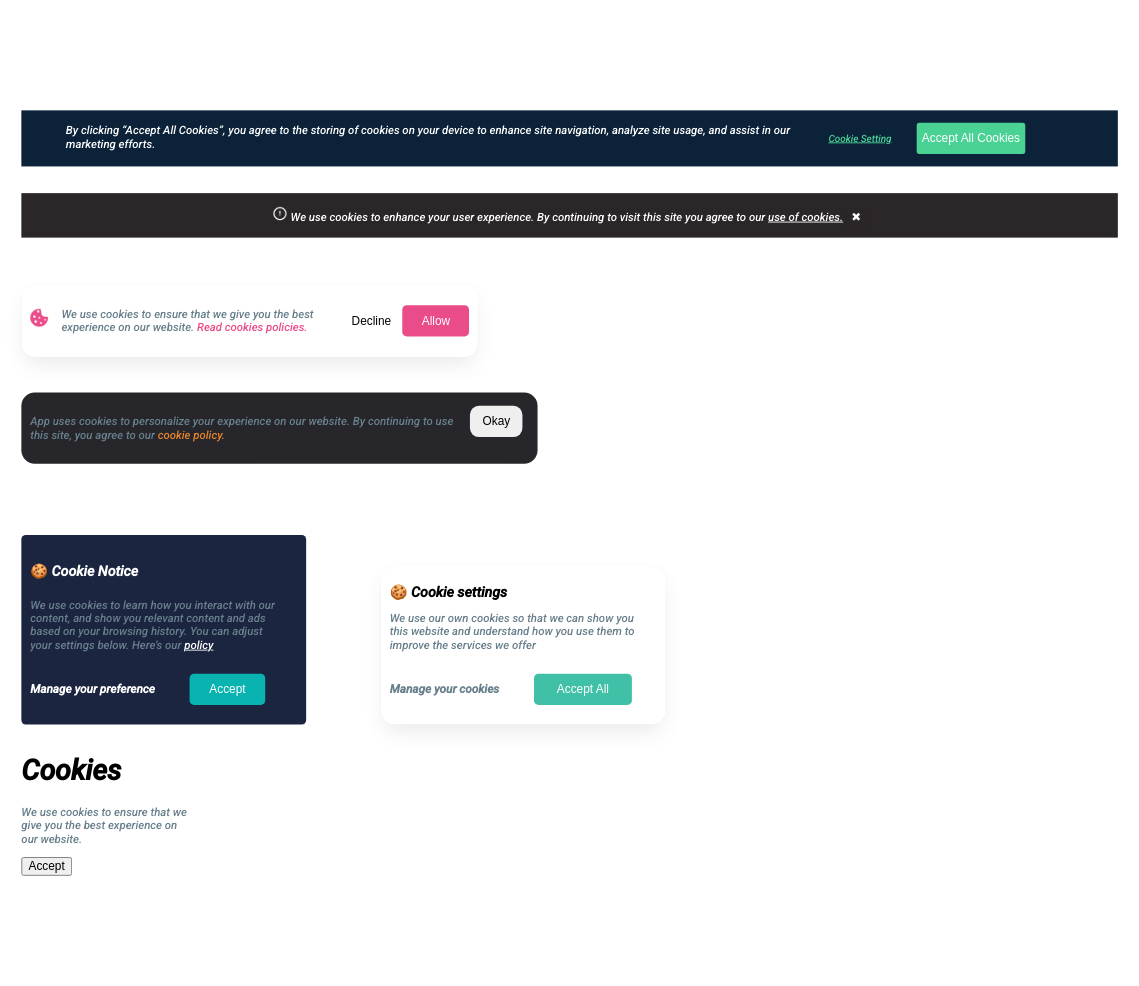
Repository: batonAnton/cursor_cookies_lectr3
Page: index.html
These files come from the project's save history. The page is drawn as it stood at one moment and after the next save; the edit follows.
The browser window is 1280 px wide. The pictures show the whole page, at 89% of full size.

Above is the page before, as saved 2022-06-01 14:57:42.

After the next save:
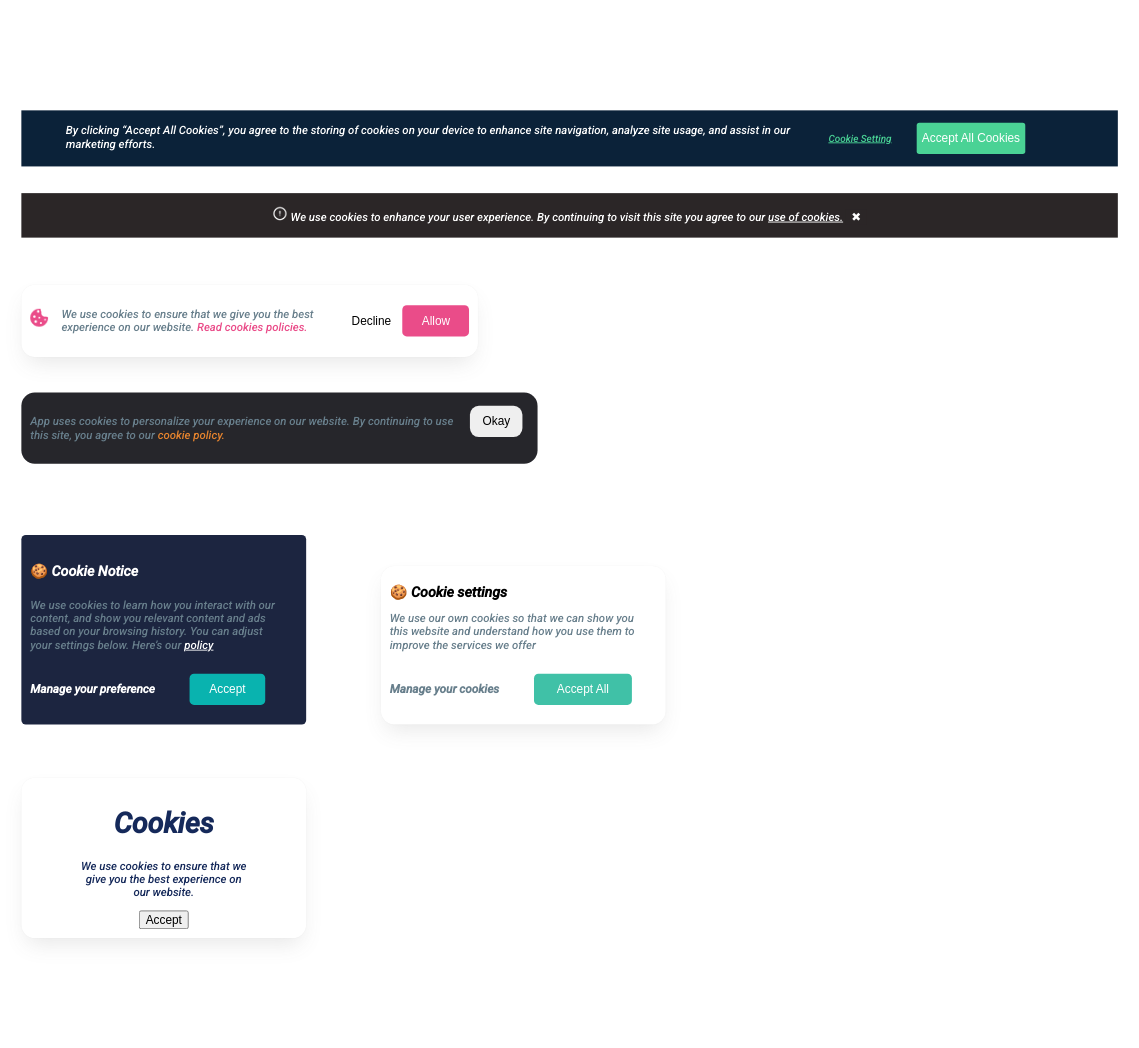
Saved 74 s later.
--- a/css/style.css
+++ b/css/style.css
@@ -192,3 +192,22 @@ h5 {
 p {
   color: #687f8c;
 }
+
+.banner_7 {
+  padding: 10px;
+  background: #ffffff;
+  box-shadow: 0px 12px 24px -6px rgba(96, 96, 96, 0.15),
+    0px 0px 1px rgba(96, 96, 96, 0.1);
+  display: block;
+  width: 300px;
+  border-radius: 15px;
+  margin-top: 50px;
+  color: #15295a;
+  font-weight: 800;
+  text-align: center;
+}
+
+.banner_7 p {
+  font-weight: 100;
+  color: #15295a;
+}
